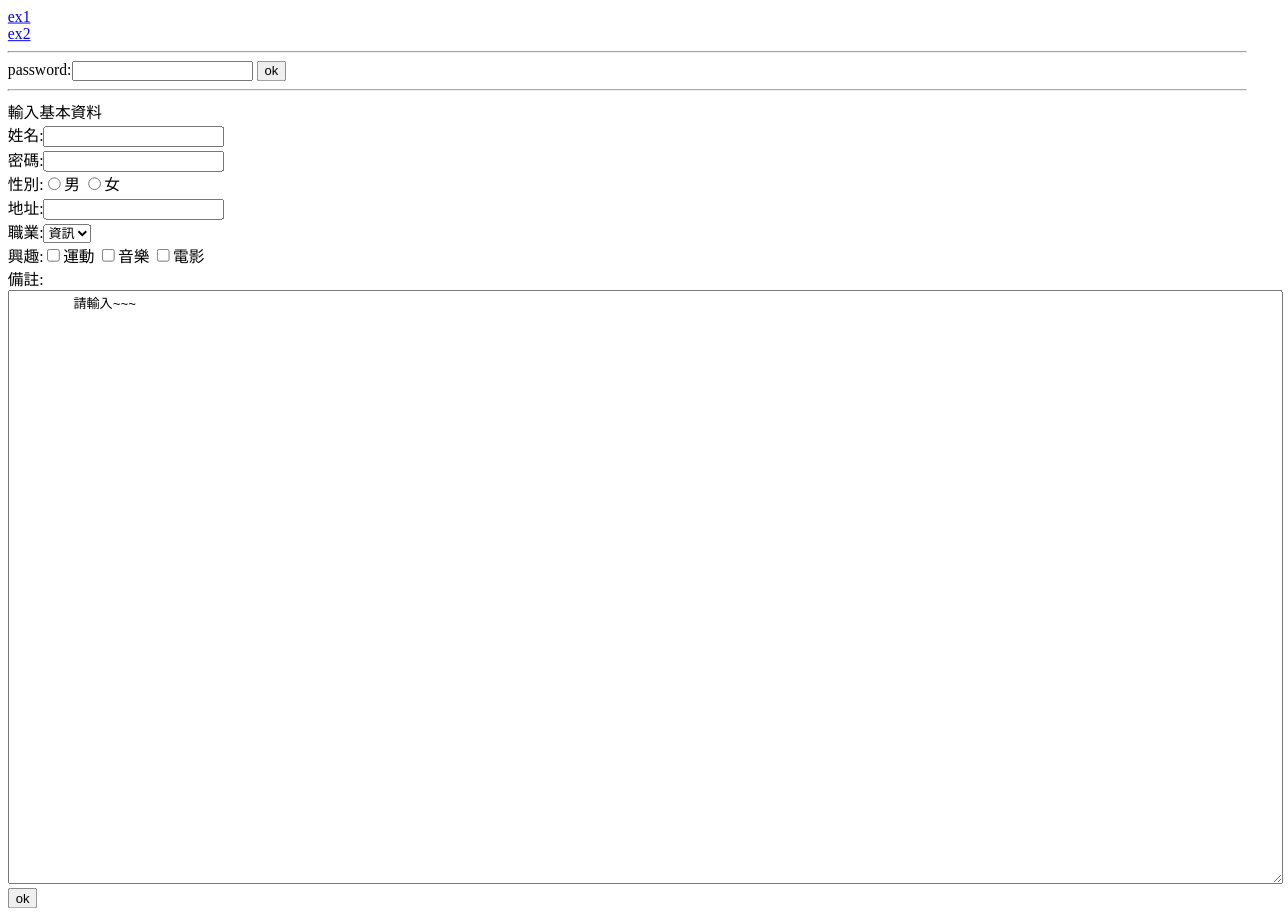
Repository: jtlai0921/javaweb1108
Page: javawebex/WebContent/servletEX/exam.html
These files come from the project's save history. The page is drawn as it stood at one moment and after the next save; the edit follows.
The browser window is 1280 px wide. The page is 1314 px wide, then 1280 px, so the pictures cover 1314 px, including what lies to the right of the window. The pictures show the whole page, at 98% of full size.

Above is the page before, as saved 2020-11-15 08:05:59.

After the next save:
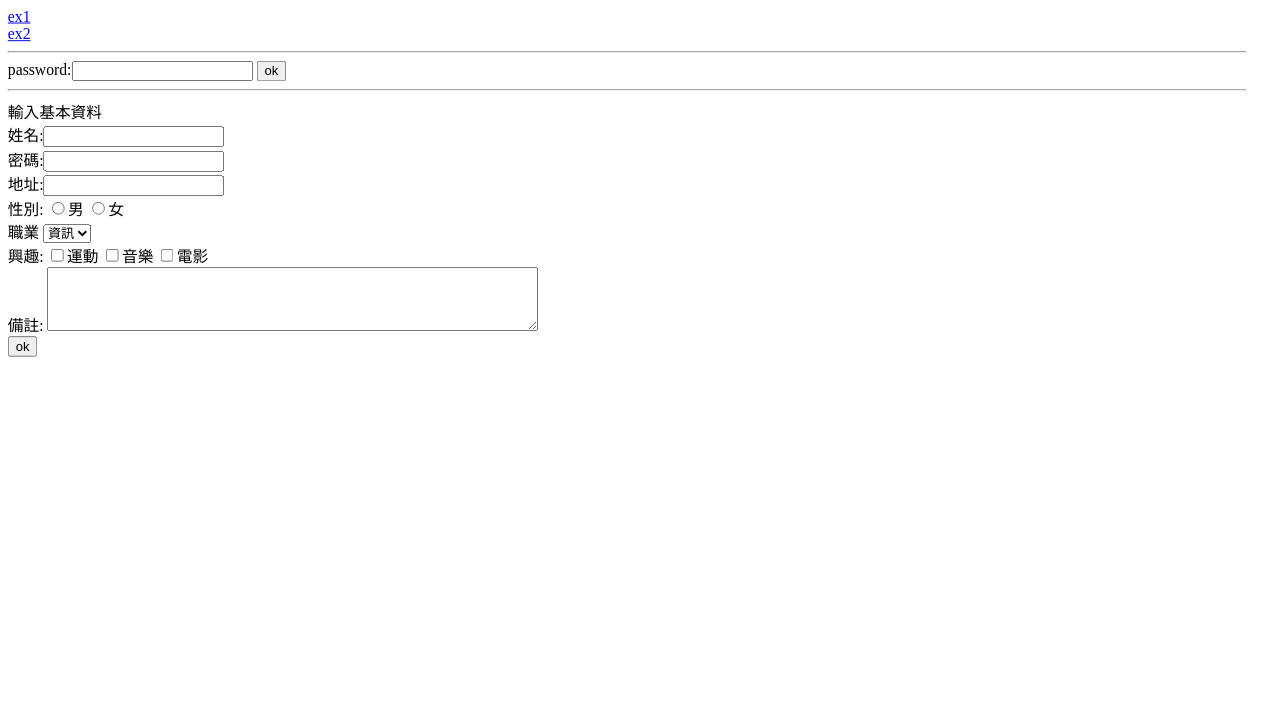
Saved 74 s later.
--- a/javawebex/WebContent/servletEX/exam.html
+++ b/javawebex/WebContent/servletEX/exam.html
@@ -17,20 +17,30 @@ password:<input type="password" name="password">
 	輸入基本資料<br>
 	姓名:<input type="text" name="name"><br>
 	密碼:<input type="password" name="password"><br>
-	性別:<input type="radio" name="sex" value="">男
-		<input type="radio" name="sex" value="">女<br>
-	地址:<input type="text" name="add"><br>
-	職業:<select name="career">
-		<option value="">資訊
-		<option value="">金融
-		<option value="">教育
-		</select><br>
-	興趣:<input type="checkbox" name="interest" value="">運動
-		<input type="checkbox" name="interest" value="">音樂
-		<input type="checkbox" name="interest" value="">電影<br>
-	備註:<textarea rows="40" cols="160" name="memery">
-	請輸入~~~</textarea><br>
+	地址:<input type="text" name="address"><br>
+	性別:
+	<input type="radio" name="sex" value="男">男
+	<input type="radio" name="sex" value="女">女
+	<br>
+	職業
+	<select name="carrer">
+		<option value="資訊">資訊
+		<option value="金融">金融
+		<option value="教育">教育
+	</select>
+	<br>
+	興趣:
+	<input type="checkbox" name="interest" value="運動">運動
+	<input type="checkbox" name="interest" value="音樂">音樂
+	<input type="checkbox" name="interest" value="電影">電影
+	<br>
+	備註:
+	<textarea rows="4" cols="60" name="memery" >
+
+	</textarea>
+	<br>
 	<input type="submit" value="ok">
 </form>
+
 </body>
 </html>
